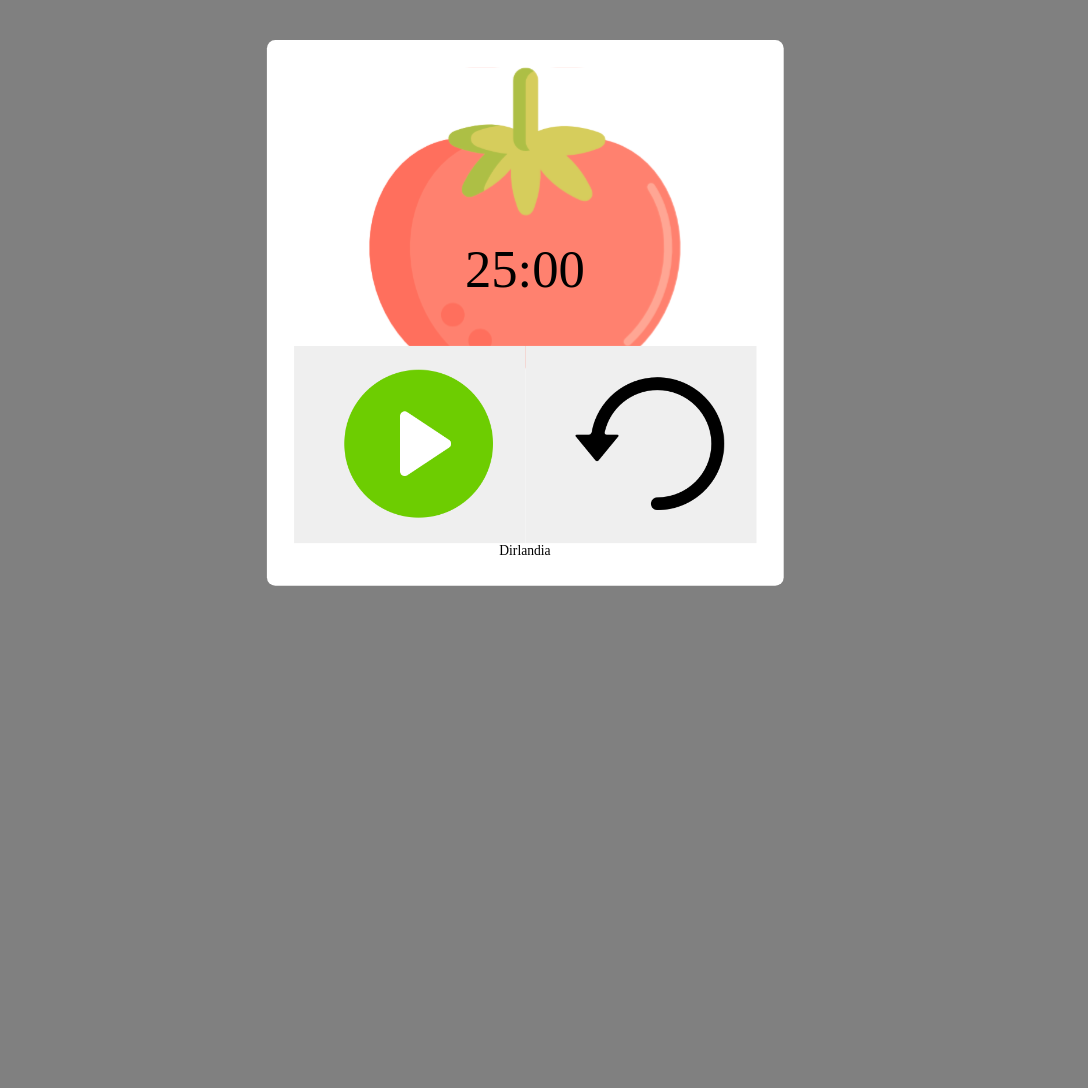
Repository: Dirlandia404/pomodoro
Page: /
The author's editor kept a copy of each file at every save. The page is drawn from the files as they stood at one save, then again after the next save.
The browser window is 1280 px wide. The pictures show the whole page, at 85% of full size.
The project was rebuilt for these pictures with package versions that can differ from the ones it lists, and the page was loaded fresh each time.

Above is the page before, as saved 2021-11-25 10:44:17.

After the next save:
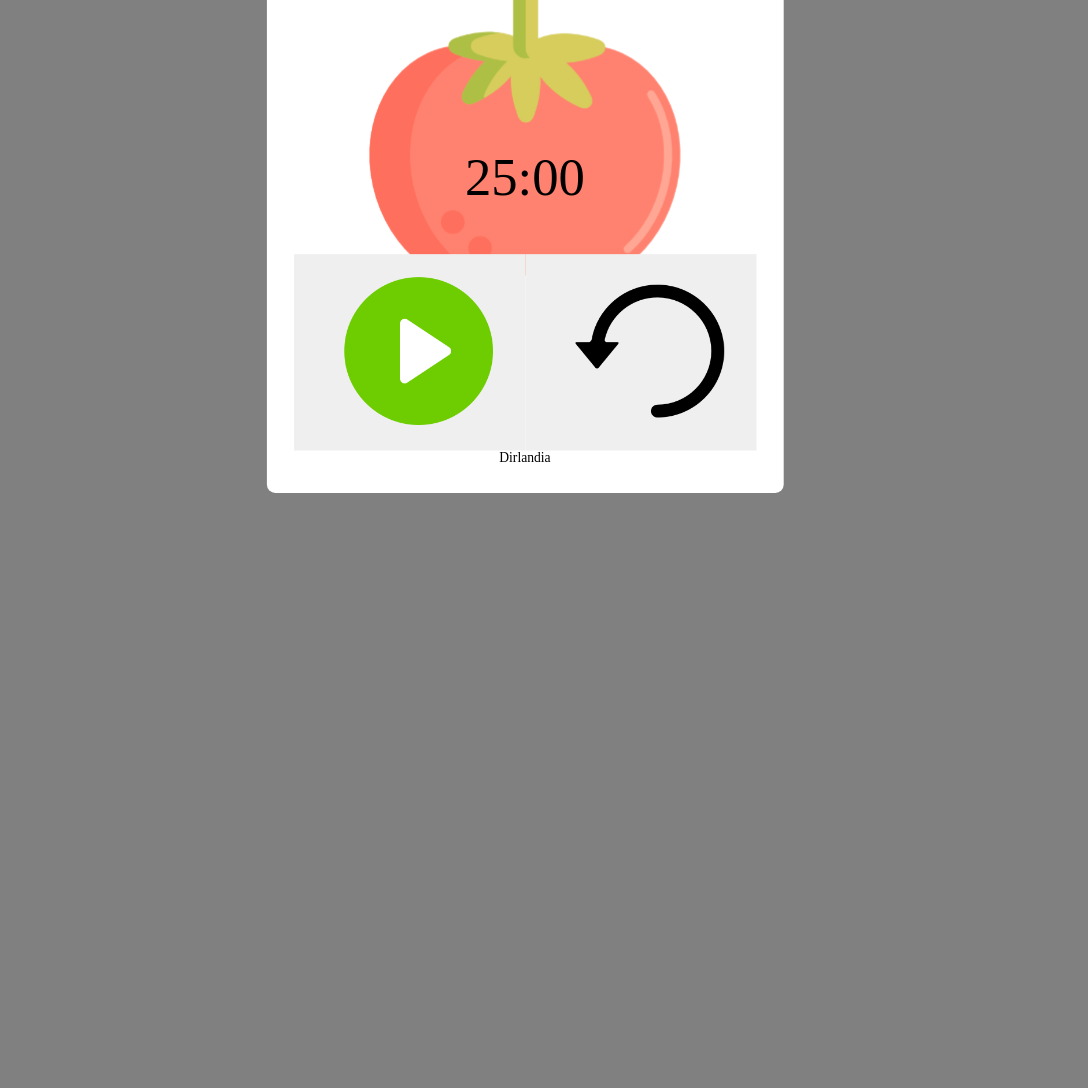
Saved 17 s later.
--- a/src/componentes/componente.css
+++ b/src/componentes/componente.css
@@ -25,6 +25,7 @@
     border-radius: 10px;
 
     margin-top: -50%;
+    margin-bottom: 20%;
 }
 
 form{

After the save that followed:
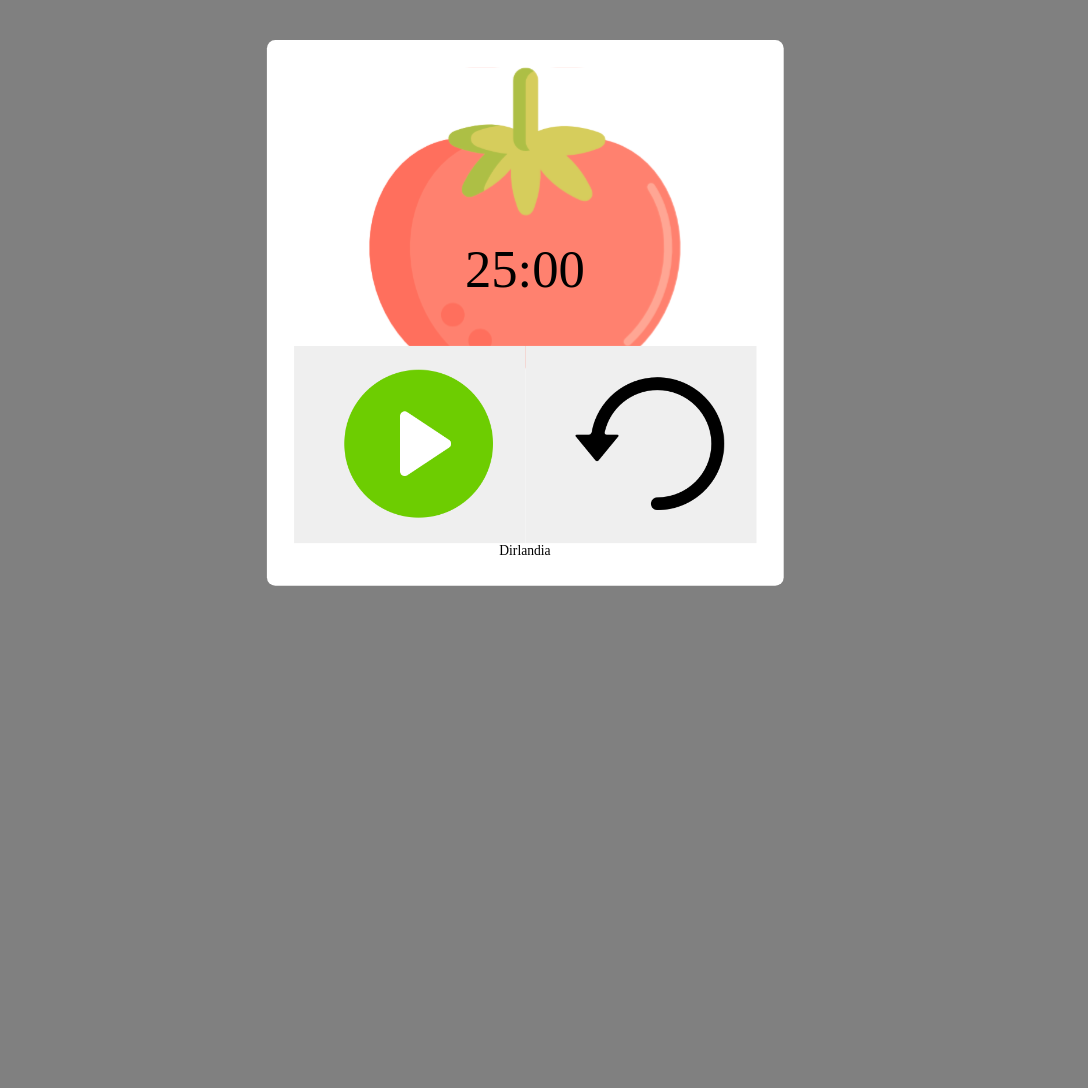
Saved 7 s later.
--- a/src/componentes/componente.css
+++ b/src/componentes/componente.css
@@ -25,7 +25,7 @@
     border-radius: 10px;
 
     margin-top: -50%;
-    margin-bottom: 20%;
+    margin-bottom: 0;
 }
 
 form{
